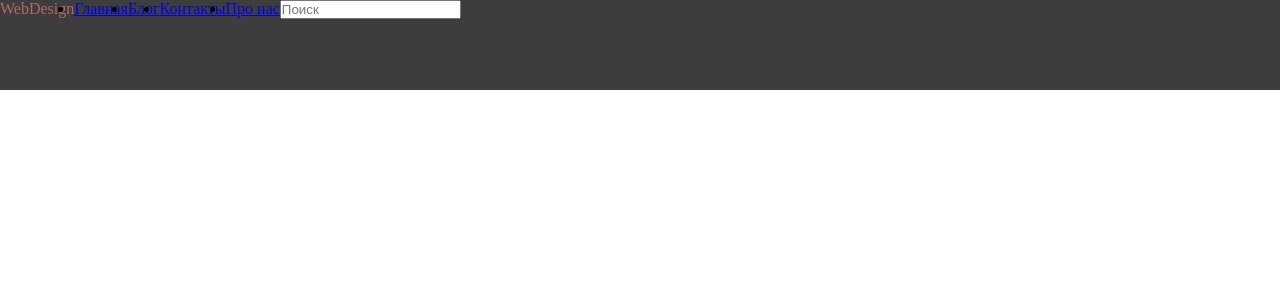
Repository: andbaik/Itprog
Page: index.htm
An editor plug-in stored every save of this project. The page is shown before and after the next save, followed by the edit.
The browser window is 1280 px wide. The pictures show the whole page.

Above is the page before, as saved 2021-01-19 15:35:47.

### index.htm
<!DOCTYPE html>
<html lang="en">
<head>
    <meta charset="UTF-8">
    <meta name="viewport" content="width=device-width, initial-scale=1.0">
    <link rel="stylesheet" href="css/style.css">
    <title>Моя страница</title>
</head>
<body>
    <div class="header">
        <div class="logo">
            WebDesign
        </div>
        <div class="nav">
                <ul>
                    <li><a href="#">Главная</a></li>
                    <li><a href="#">Блог</a></li>
                    <li><a href="#">Контакты</a></li>
                    <li><a href="#">Про нас</a></li>
                </ul>
        </div>
        <div class="search">
            <form action="" method="POST" id="search" name="search">
                <input type="text" placeholder="Поиск">
            </form>
        </div>
    </div>
</body>
</html>

### css/style.css
* {
    margin: 0;
    padding: 0;
}

.header {
    display: flex;
    width: 100%;
    height: 90px;
    background-color: #3D3D3D;
    border-bottom: 5px solid #rgb(111,111,111);

}
.logo{
    color: #B36767;
}
.header ul {
    display: flex;
}

After the next save:
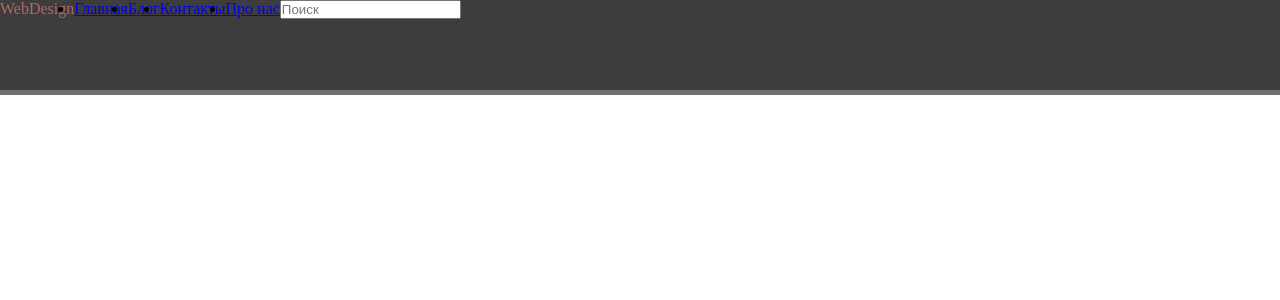
Saved 17 s later.
--- a/css/style.css
+++ b/css/style.css
@@ -8,7 +8,7 @@
     width: 100%;
     height: 90px;
     background-color: #3D3D3D;
-    border-bottom: 5px solid #rgb(111,111,111);
+    border-bottom: 5px solid #6F6F6F;
 
 }
 .logo{
